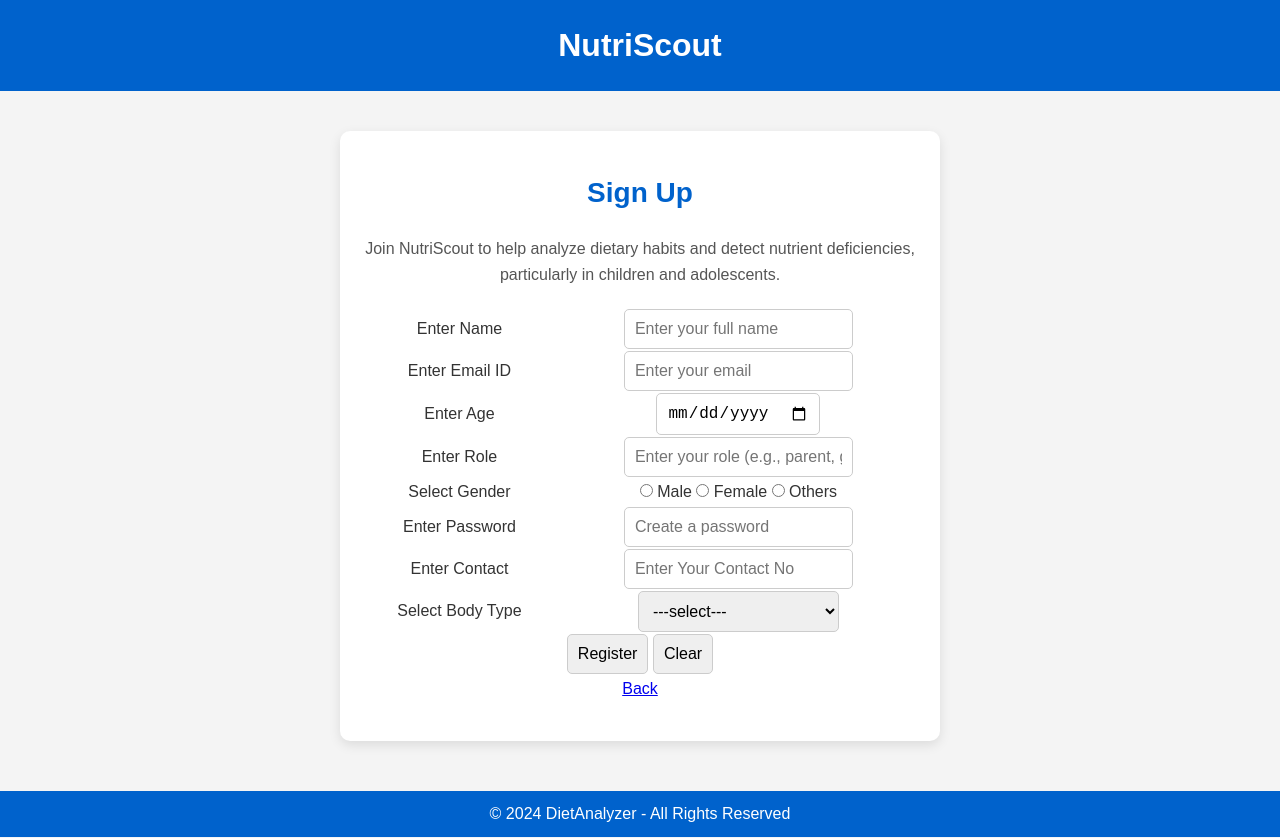
Repository: chaitanyasivathmika/NutrientDiet
Page: http://localhost/NutrientDiet/userreg.jsp
An editor plug-in stored every save of this project. The page is shown before and after the next save, followed by the edit.
The browser window is 1280 px wide. The pictures show the whole page.
The page is served by Tomcat 10. Other server files are loaded and not shown.

Above is the page before, as saved 2024-11-15 16:25:48.

### NutrientDiet/src/main/webapp/userreg.jsp
<%@ page language="java" contentType="text/html; charset=UTF-8"
    pageEncoding="UTF-8"%>
<!DOCTYPE html>
<html lang="en">
<head>
    <meta charset="UTF-8">
    <meta name="viewport" content="width=device-width, initial-scale=1.0">
    <title>Sign Up - NutriScout</title>
    <style>
        /* General Styling */
* {
    margin: 0;
    padding: 0;
    box-sizing: border-box;
}

body {
    font-family: 'Arial', sans-serif;
    background-color: #f4f4f4;
    color: #333;
    line-height: 1.6;
}

/* Header */
header {
    background-color: #0062cc;
    color: white;
    padding: 20px 0;
    text-align: center;
}

.logo h1 {
    font-size: 32px;
    font-weight: bold;
}

/* Signup Form */
main {
    padding: 40px 20px;
    max-width: 600px;
    margin: 40px auto;
    background-color: white;
    box-shadow: 0 4px 12px rgba(0, 0, 0, 0.1);
    border-radius: 10px;
    text-align: center;
}

.signup-form h2 {
    font-size: 28px;
    color: #0062cc;
    margin-bottom: 20px;
}

.signup-form p {
    font-size: 16px;
    margin-bottom: 20px;
    color: #555;
}

.signup-form form {
    display: flex;
    flex-direction: column;
    gap: 15px;
}

.signup-form label {
    font-size: 16px;
    text-align: left;
    color: #333;
}

.signup-form input, .signup-form select {
    padding: 10px;
    font-size: 16px;
    border: 1px solid #ccc;
    border-radius: 5px;
}

.signup-form input:focus, .signup-form select:focus {
    outline: none;
    border-color: #007bff;
}

.submit-btn {
    background-color: #007bff;
    color: white;
    padding: 12px 20px;
    border: none;
    border-radius: 5px;
    cursor: pointer;
    font-size: 18px;
    margin-top: 10px;
    transition: background-color 0.3s ease;
}

.submit-btn:hover {
    background-color: #0056b3;
}

.back-btn {
    background-color: #dc3545;
    color: white;
    padding: 10px 20px;
    border: none;
    border-radius: 5px;
    cursor: pointer;
    font-size: 16px;
    margin-top: 15px;
    transition: background-color 0.3s ease;
}

.back-btn:hover {
    background-color: #c82333;
}

/* Footer */
footer {
    text-align: center;
    padding: 10px 0;
    background-color: #0062cc;
    color: white;
    margin-top: 50px;
}

    </style>
</head>
<body>
    <header>
        <div class="nav-bar">
            <div class="logo">
                <h1>NutriScout</h1>
            </div>
        </div>
    </header>

    <main>
        <section class="signup-form">
            <h2>Sign Up</h2>
            <p>Join NutriScout to help analyze dietary habits and detect nutrient deficiencies, particularly in children and adolescents.</p>

            <form method="post" action="insertuser"> <!-- forced mapping/ method in the contoller -->
            <table>
               <tr>
                    <td><label for="uname">Enter Name</label></td>
                    <td><input type="text" id="uname" name="uname" required placeholder="Enter your full name"/></td>
                </tr>
                <tr>
                    <td><label for="uemail">Enter Email ID</label></td>
                    <td><input type="email" id="uemail" name="uemail" required placeholder="Enter your email"/></td>
                </tr>
                <tr>
                    <td><label for="uage">Enter Age</label></td>
                    <td><input type="date" id="uage" name="uage" required placeholder="Enter your age"/></td>
                </tr>
                 <tr>
                    <td><label for="urole">Enter Role</label></td>
                    <td><input type="text" id="urole" name="urole" required placeholder="Enter your role (e.g., parent, guardian, adolescent)"/></td>
                </tr>
                <tr>
                    <td><label>Select Gender</label></td>
                    <td>
                        <input type="radio" id="male" name="ugender" value="MALE"  required/>
                        <label for="male">Male</label>
                        <input type="radio" id="female" name="ugender" value="FEMALE"   required/>
                        <label for="female">Female</label>
                        <input type="radio" id="others" name="ugender" value="OTHERS"   required/>
                        <label for="others">Others</label>
                    </td>
                </tr>
                 <tr>
                    <td><label for="upassword">Enter Password</label></td>
                    <td><input type="password" id="upassword" name="upassword" required placeholder="Create a password"/></td>
                </tr>
                <tr>
                    <td><label for="ucontact">Enter Contact</label></td>
                    <td><input type="number" id="ucontact" name="ucontact" required placeholder="Enter Your Contact No"/></td>
                </tr>
                <tr>
                    <td><label>Select Body Type</label></td>
                    <td>
                        <select id="bodyType" name="bodyType" required>
                        	<option value="">---select---</option>
                            <option value="Girl_Athletics">Girl_Athletics</option>
                            <option value="Girl_HourGlass">Girl_HourGlass</option>
                            <option value="Girl_InvertedTriangle">Girl_InvertedTriangle</option>
                            <option value="Girl_Rectangle">Girl_Rectangle</option>
                            <option value="Girl_Round">Girl_Round</option>
                            <option value="Girl_Ectomorph">Girl_Ectomorph</option>
                            <option value="Girl_Endomorph">Girl_Endomorph</option>
                            <option value="Girl_Mesomorph">Girl_Mesomorph</option>
                            <option value="M_Ectomorph(12-20)">M_Ectomorph(12-20)</option>
                            <option value="M_Endomorph(12-20)">M_Endomorph(12-20)</option>
                            <option value="M_Mesomorph(12-20)">M_Mesomorph(12-20)</option>
                            <option value="M_Ectomorph(20-45)">M_Ectomorph(20-45)</option>
                            <option value="M_Endomorph(20-45)">M_Endomorph(20-45)</option>
                            <option value="M_Mesomorph(20-45)">M_Mesomorph(20-45)</option>
                        </select>
                    </td>
                </tr>
                <tr>
                    <td colspan="2" class="button-container">
                        <input type="submit" value="Register"/>
                        <input type="reset" value="Clear"/>
                    </td>
                </tr>
            </table>
        </form>

            <a href="/">Back</a>
        </section>
    </main>

    <footer>
        <p>© 2024 DietAnalyzer - All Rights Reserved</p>
    </footer>
</body>
</html>

After the next save:
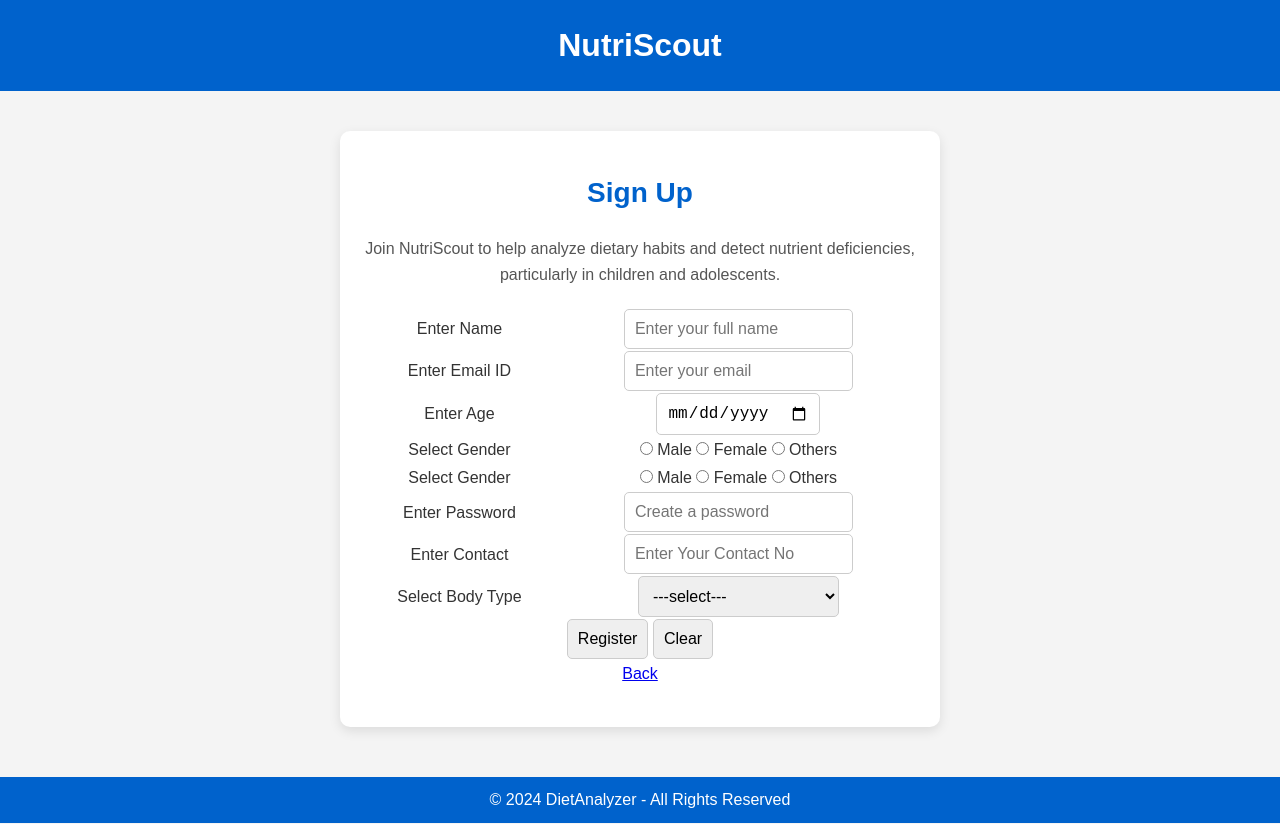
Saved 9 s later.
--- a/NutrientDiet/src/main/webapp/userreg.jsp
+++ b/NutrientDiet/src/main/webapp/userreg.jsp
@@ -153,8 +153,15 @@ footer {
                     <td><input type="date" id="uage" name="uage" required placeholder="Enter your age"/></td>
                 </tr>
                  <tr>
-                    <td><label for="urole">Enter Role</label></td>
-                    <td><input type="text" id="urole" name="urole" required placeholder="Enter your role (e.g., parent, guardian, adolescent)"/></td>
+                    <td><label>Select Gender</label></td>
+                    <td>
+                        <input type="radio" id="male" name="ugender" value="MALE"  required/>
+                        <label for="male">Male</label>
+                        <input type="radio" id="female" name="ugender" value="FEMALE"   required/>
+                        <label for="female">Female</label>
+                        <input type="radio" id="others" name="ugender" value="OTHERS"   required/>
+                        <label for="others">Others</label>
+                    </td>
                 </tr>
                 <tr>
                     <td><label>Select Gender</label></td>
